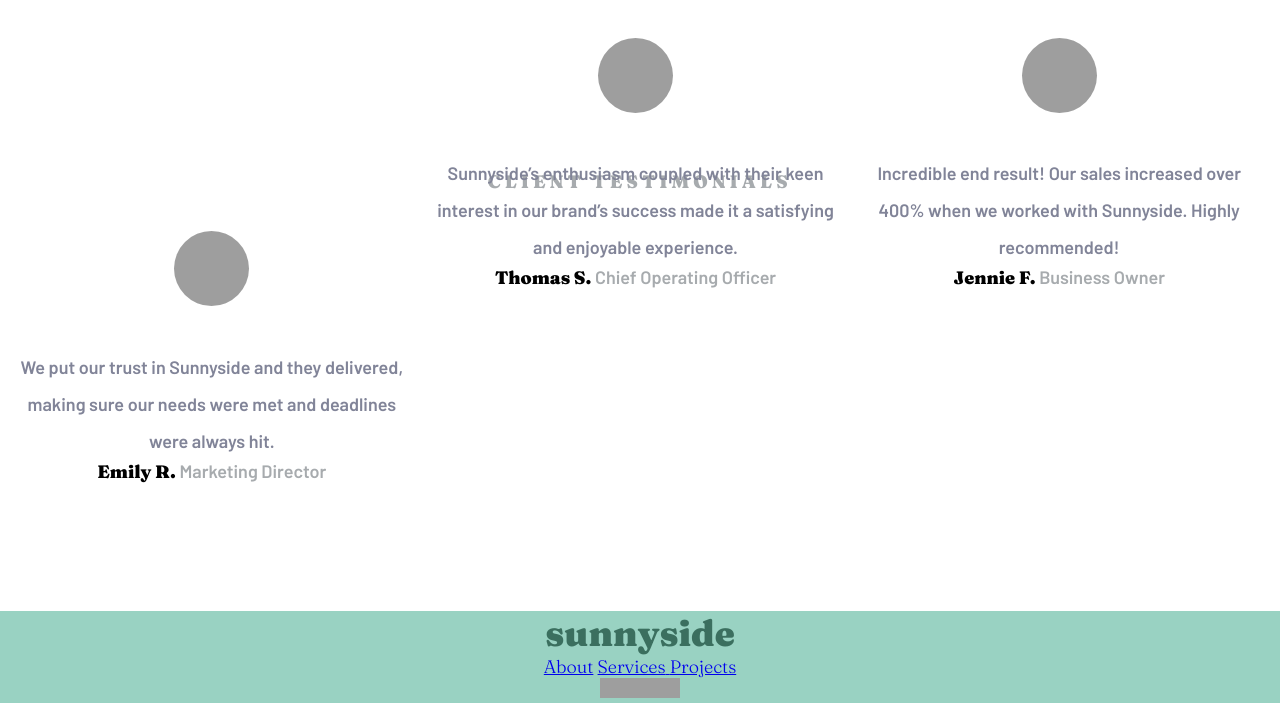
Repository: Roshanell/Sunny-Side-Agency
Page: index.html
The author's editor kept a copy of each file at every save. The page is drawn from the files as they stood at one save, then again after the next save.
The browser window is 1280 px wide. The pictures show the part of the page from y = 2160 to 2863 px (the page is 2863 px tall before and 2757 px after).
Pictures or frames that could not be fetched are drawn as grey boxes. Some web libraries are served in a nearby version.

Above is the page before, as saved 2022-07-07 14:14:56.

### index.html
<!doctype html>
<html lang="en">

  <head>
    <meta charset="utf-8">
    <meta name="viewport" content="width=device-width, initial-scale=1">
    <title>Sunny Side Agency</title>
    <link href="https://fonts.googleapis.com/icon?family=Material+Icons" rel="stylesheet">
    <link rel="stylesheet" href="css/style.css">
    <link
      href="https://fonts.googleapis.com/css2?family=Barlow:wght@600&family=Fraunces:opsz,wght@9..144,300;9..144,700;9..144,900&display=swap"
      rel="stylesheet">
    <!-- <link rel="stylesheet" href="/css/normalize.css"> -->
    <script src="https://kit.fontawesome.com/48e7997292.js" crossorigin="anonymous"></script>
  </head>

  <body>
    <div class="container">
      <div class="homePage">
        <ul class="menu">
          <li><a class="menuItem" href="#">Home</a></li>
          <li><a class="menuItem" href="#">Profile</a></li>
          <li><a class="menuItem" href="#">About</a></li>
          <li><a class="menuItem" href="#">Contacts</a></li>
        </ul>
        <button class="hamburger">
          <i class="menuIcon material-icons">menu</i>
          <i class="closeIcon material-icons">close</i>
        </button>
        <div class="header">
          <h1>sunnyside</h1>
        </div>
        <div class="homeContent">
          <h2 class="homeSlogan">We are creatives</h2>
          <i class="fa-solid fa-arrow-down-long fa-4x"></i>

        </div>
      </div>

      <div class="eggArea">

      </div>

      <div class="aboutUsInfo" id="aboutUsInfo">
        <div class="infoContainer">
          <h3>
            Transform your brand
          </h3>
          <p>We are a full-service creative agenc grow fast. Engage your clients through
            compelling visuals that do most of the marketing for you. </p>
          <span><a href="#">Learn More</a></span>
        </div>
      </div>

      <div class="cupImage">
      </div>

      <div class="standOutInfo" id="standOutInfo">
        <div class="standOutContainer">
          <h3>Stand out to the right audience</h3>
          <p> Using a collaborative formula of designers, researchers,
            photographers,videographers, and copywriters, we’ll build and extend your brand in digital places. </p>

          <span class="learnMorePink"><a href="#">Learn More</a></span>
        </div>
      </div>
      <div class="graphicDesign">
        <div class="design-photography">
          <h3> Graphic Design</h3>
          <p class="pGraphics" id="pDesign">
            Great design makes you memorable. We deliver artwork that underscores your brand message and captures
            potential clients’ attention. </p>
        </div>
      </div>
      <div class="orangeImage">
        <div class="design-photography">
          <h3>Photography</h3>
          <p class="pGraphics"> Increase your credibility by getting the most stunning, high-quality photos that improve
            your business
            image. </p>
        </div>
      </div>
      <div class="testimonialOne">
        <h4>Client Testimonials</h4>
        <div class="user one"></div>
        <p class="review">We put our trust in Sunnyside and they delivered, making sure our needs were met and
          deadlines
          were always
          hit.</p>
        <span class="name">Emily R.</span>
        <span class="occupation">Marketing Director</span>
      </div>
      <div class="testimonialTwo">
        <div class="user two"></div>
        <p class="review">Sunnyside’s enthusiasm coupled with their keen interest in our brand’s success made it a
          satisfying and
          enjoyable experience.</p>
        <span class="name">Thomas S.</span>
        <span span class="occupation">Chief Operating Officer</span>
      </div>
      <div class="testimonialThree">
        <div class="user three"></div>
        <p class="review">Incredible end result! Our sales increased over 400% when we worked with Sunnyside. Highly
          recommended!</p>
        <span class="name">Jennie F.</span>
        <span span class="occupation">Business Owner</span>
      </div>
      <div class="fourImgs" id="fourImgs">
        <div class="imgOne">
        </div>
        <div class="imgTwo">
        </div>
        <div class="imgThree">
        </div>
        <div class="imgFour">
        </div>
      </div>

      <div class="footer">
        <h1>sunnyside</h1>
        <div class="moreInformation">
          <a href="index.html#aboutUsInfo"><span> About</span></a>
          <a href="index.html#standOutInfo"><span>Services</span> </a>
          <a href="index.html#fourImgs"><span>Projects</span></a>
        </div>
        <div class="socialMediaHandles">
          <div>
            <img src="https://i.imgur.com/uHHCF8A.png" alt="Facebook Icon" height="20px" width="20px">
          </div>
          <div>
            <img src="https://i.imgur.com/Fvw0N1c.png" alt="Instagram Icon" height="20px" width="20px">
          </div>
          <div>
            <img src="https://i.imgur.com/k39Bgoc.png" alt="Twitter Icon" height="20px" width="20px">
          </div>
          <div>
            <img src="https://i.imgur.com/JN1Rhal.png" alt="Pinterest Icon" height="20px" width="20px">
          </div>
        </div>
      </div>
    </div>

    <script src="main.js"></script>

  </body>

</html>

### css/style.css
/* Box Model Hack */
* {
  -moz-box-sizing: border-box;
}

/* Clear fix hack */
.clearfix:after {
  content: ".";
  display: block;
  clear: both;
  visibility: hidden;
  line-height: 0;
  height: 0;
}

.clear {
  clear: both;
}

/******************************************
/* BASE STYLES
/*******************************************/

body {
  font-size: 18px;
  font-family: "Barlow", sans-serif;
  text-align: center;
  margin: 0;
}
p {
  color: hsl(232, 10%, 55%);
  display: flex;
  justify-content: center;
  align-items: center;
  margin: 0 2%;
  line-height: 37px;
}

h1,
h2,
h3,
h4,
h5,
h6 {
  font-family: "Fraunces", serif;
  font-weight: 700;
}

h3 {
  margin-top: 10%;
  margin-bottom: 10%;
  font-size: 40px;
}

span a {
  color: black;
  text-decoration: underline yellow;
  text-decoration-thickness: 5px;
}

.learnMorePink a {
  text-decoration: underline hsl(7, 99%, 70%);
  text-decoration-thickness: 5px;
}
.learnMorePink {
  margin-top: 5%;
}
/* hamburger */

* {
  margin: 0;
  padding: 0;
  box-sizing: border-box;
}

.menuItem {
  display: block;
  margin: 2rem 4rem;
  font-size: 1.8rem;
  color: black;
  text-decoration: none;
  font-family: "Barlow", sans-serif;
  animation: fadeInUp 0.5s ease-in-out forwards;
}

.menuItem:hover {
  text-decoration: underline;
}

.hamburger {
  position: fixed;
  z-index: 100;
  top: 1rem;
  right: 1rem;
  padding: 4px;
  border: none;
  background: transparent;
  cursor: pointer;
  color: white;
}

.closeIcon {
  display: none;
}

.menu {
  position: fixed;
  transform: translateY(-100%);
  transition: transform 0.2s;
  top: 0;
  left: 0;
  right: 0;
  bottom: 40%;
  z-index: 99;
  width: 89%;
  margin-left: 5%;
  margin-top: 0%;
  background: white;
  color: black;
  list-style: none;
  padding-top: 4rem;
}

.showMenu {
  transform: translateY(0);
}

/* homepage */

.homePage {
  background-image: url("https://i.imgur.com/5owK20G.jpg");
  background-size: cover;
  height: 100vh;
  background-repeat: no-repeat;
}

.homeSlogan {
  color: white;
  font-size: 40px;
  text-transform: uppercase;
  letter-spacing: 5px;
}

.fa-solid {
  color: white;
}

.fa-arrow-down-long {
  margin-top: 10%;
}
/* About Us */
.aboutUsInfo {
  background-color: white;
}
.aboutUsInfo h3 {
  font-size: 40px;
}
/* testimonials */
/* user profile images */
.user {
  display: inline-block;
  width: 75px;
  height: 75px;
  border-radius: 50%;
  margin: 9%;
  background-repeat: no-repeat;
  background-position: center center;
  background-size: cover;
}

.one {
  background-image: url("https://i.imgur.com/0PxR98W.jpg");
}

.two {
  background-image: url("https://i.imgur.com/01xgLPA.jpg");
}

.three {
  background-image: url("https://i.imgur.com/YJGOYO1.jpg");
}

.testimonialOne h4 {
  text-transform: uppercase;
  color: hsl(210, 4%, 67%);
  letter-spacing: 4px;
  /* font-size: 100%; */
  margin-top: 10%;
  font-weight: 900;
}

.occupation {
  color: hsl(210, 4%, 67%);
  margin-bottom: 5%;
  margin-top: 5%;
}

.name {
  font-family: "Fraunces", serif;
  margin-top: 5%;
  font-weight: 900;
}

/* background Images */
.pGraphics {
  margin-bottom: 20%;
}

/* main information */
.cupImage {
  /* border: solid 1px pink; */
  /* height: 40vh; */
  grid-area: cupImage;
  background-image: url("https://i.imgur.com/TEIjlB8.jpg");
  background-size: cover;
  background-position: center;
}

.eggArea {
  /* border: solid 1px purple; */
  grid-area: eggArea;
  background-image: url("https://i.imgur.com/Ic0Kukn.jpg");
  /* height: 40vh; */
  background-size: cover;
  background-position: center;
}

/******************************************
/* LAYOUT
/*******************************************/

/******************************************
/* ADDITIONAL STYLES
/*******************************************/

@media all and (min-width: 1024px) and (max-width: 1480px) {
  .homePage,
  .homeContent {
    /* border: 1px solid black; */
  }

  .header h1 {
    color: white;
  }
  h3 {
    margin-bottom: 3%;
    font-size: 40px;
  }

  /* .menuItem{
    display: inline;
  } */
  .eggArea {
    /* border: 1px solid red; */
    background-image: url("https://i.imgur.com/ylwqnFI.jpg");
    height: 60vh;
    width: 50%;
    float: right;
  }
  .aboutUsInfo {
    /* border: 1px solid red; */
    height: 60vh;
    width: 49vw;
    float: left;
  }

  .infoContainer {
    margin: auto;
    width: 60%;

    text-align: justify;
  }

  .infoContainer h3 {
    text-align: left;
    width: 82%;
  }

  .cupImage {
    float: left;
    height: 60vh;
    width: 50%;
    background-image: url("https://i.imgur.com/9A6seJs.jpg");
    /* border: 1px solid red; */
  }
  .standOutInfo {
    float: right;
    height: 60vh;
    width: 47vw;
    /* border: 1px solid red; */
  }

  .standOutContainer {
    width: 70%;
    margin: auto;
    text-align: left;
  }
  .graphicDesign {
    background-image: url("https://i.imgur.com/ypGUgU9.jpg");
    float: left;
    height: 80vh;
    width: 50%;
    /* border: 1px solid green; */
    background-size: cover;
    color: hsl(167, 40%, 24%);
  }

  .orangeImage {
    float: right;
    background-image: url("https://i.imgur.com/RiEjNfa.jpg");
    height: 80vh;
    width: 50%;
    /* border: 1px solid blue; */
    background-size: cover;
  }
  .design-photography {
    margin: 20%;
    margin-top: 45%;
  }
  .reviewGroup {
    display: flex;
  }
  .testimonialOne {
    float: left;
    height: fit-content;
    width: 33.1%;
    margin-top: 10%;
    margin-bottom: 10%;
    /* border: 1px solid pink; */
  }

  .testimonialOne h4 {
    margin-top: %;
    margin-left: 101%;
    text-align: center;
    width: 100%;
  }

  .testimonialTwo {
    float: left;
    height: fit-content;
    width: 33.1%;
    /* margin: auto; */
    /* margin-top: 10%; */
    /* border: 1px solid pink; */
  }

  .testimonialThree {
    float: left;
    height: fit-content;
    width: 33.1%;
    /* margin-top: 10%; */
    /* border: 1px solid pink; */
  }

  .footer {
    float: left;
    width: 100%;
    font-family: "Fraunces", serif;
    background: #99d2c2;
    color: hsl(168, 34%, 41%);
    /* border: 1px solid pink; */
  }
  .footer h1 {
    color: #3b6f5f;
    font-weight: 900;
    font-family: "Fraunces", serif;
  }
  .moreInformation span a {
    display: flex;
    text-decoration: none;
  }

  .socialMediaHandles {
    display: flex;
    justify-content: center;
  }
  .pGraphics {
    color: hsl(167, 40%, 24%);
    font-weight: 700;
    font-size: 18px;
  }
  .orangeImage p,
  .orangeImage h3 {
    color: hsl(198, 62%, 26%);
  }
}

/* mobile view */

@media all and (min-width: 375px) and (max-width: 1023px) {
  .container {
    /* border: solid 1px blue; */
    display: grid;
    grid-template-columns: 1fr;
    grid-template-rows: 1.5fr 1fr 1fr 1fr 1fr 1.5fr 1.4fr 1fr 1fr 1fr 1fr;
    gap: 0px 0px;
    grid-auto-flow: column dense;
    grid-template-areas:
      "homePage"
      "eggArea"
      "aboutUsInfo"
      "cupImage"
      "standOutInfo"
      "graphicDesign"
      "orangeImage"
      "testimonialOne"
      "testimonialTwo"
      "testimonialThree"
      "fourImgs"
      "footer";
  }

  .homePage {
    background-image: url("https://i.imgur.com/HUEIjty.jpg");
    background-size: cover;
    /* height: 100vh; */
    background-repeat: no-repeat;
  }

  .homeSlogan {
    color: white;
    font-size: 40px;
    text-transform: uppercase;
    letter-spacing: 5px;
  }

  .fa-solid {
    color: white;
  }

  .fa-arrow-down-long {
    margin-top: 10%;
  }
  /* About Us */
  .aboutUsInfo {
    background-color: white;
  }
  .aboutUsInfo h3 {
    font-size: 40px;
  }
  /* testimonials */
  /* user profile images */
  .user {
    display: inline-block;
    width: 75px;
    height: 75px;
    border-radius: 50%;
    margin: 9%;
    background-repeat: no-repeat;
    background-position: center center;
    background-size: cover;
  }

  .one {
    background-image: url("https://i.imgur.com/0PxR98W.jpg");
  }

  .two {
    background-image: url("https://i.imgur.com/01xgLPA.jpg");
  }

  .three {
    background-image: url("https://i.imgur.com/YJGOYO1.jpg");
  }

  .testimonialOne h4 {
    text-transform: uppercase;
    color: hsl(210, 4%, 67%);
    letter-spacing: 4px;
    /* font-size: 100%; */
    margin-top: 10%;
    font-weight: 900;
  }

  .occupation {
    color: hsl(210, 4%, 67%);
    margin-bottom: 5%;
    margin-top: 5%;
  }

  .name {
    font-family: "Fraunces", serif;
    margin-top: 5%;
    font-weight: 900;
  }

  /* background Images */
  .pGraphics {
    margin-bottom: 20%;
  }

  /******************************************
  /* LAYOUT
  /*******************************************/
  .container {
    /* border: solid 1px blue; */
    display: grid;
    grid-template-columns: 1fr;
    grid-template-rows: 1.5fr 1fr 1fr 1fr 1fr 1.5fr 1.4fr 1fr 1fr 1fr 1fr;
    gap: 0px 0px;
    grid-auto-flow: column dense;
    grid-template-areas:
      "homePage"
      "eggArea"
      "aboutUsInfo"
      "cupImage"
      "standOutInfo"
      "graphicDesign"
      "orangeImage"
      "testimonialOne"
      "testimonialTwo"
      "testimonialThree"
      "fourImgs"
      "footer";
  }

  .homePage {
    /* border: solid 1px red; */
  }

  .header {
    display: flex;
    /* border: solid 1px orange; */
    grid-area: header;
    color: white;
    margin-left: 5%;
    margin-top: 2%;
  }

  .homeContent {
    /* border: solid 1px yellow; */
    grid-area: homeContent;
    margin-top: 15%;
  }

  .eggArea {
    /* border: solid 1px purple; */
    grid-area: eggArea;
    background-image: url("https://i.imgur.com/Ic0Kukn.jpg");
    /* height: 40vh; */
    background-size: cover;
    background-position: center;
  }

  .aboutUsInfo {
    /* border: solid 1px green; */
    /* height: 40vh; */
    grid-area: aboutUsInfo;
  }

  .cupImage {
    /* border: solid 1px pink; */
    /* height: 40vh; */
    grid-area: cupImage;
    background-image: url("https://i.imgur.com/TEIjlB8.jpg");
    background-size: cover;
    background-position: center;
  }

  .standOutInfo {
    /* border: solid 1px black; */
    grid-area: standOutInfo;
    display: flex;
    flex-direction: column;
    font-weight: 900;
    /* height: 40vh; */
  }

  .graphicDesign {
    /* border: solid 1px brown; */
    grid-area: graphicDesign;
    background-image: url("https://i.imgur.com/ceaL6cl.jpg");
    background-size: cover;
    display: flex;
    flex-direction: column;
    flex-wrap: nowrap;
    align-content: center;
    justify-content: flex-end;
    align-items: center;
    /* height: 40vh; */
  }

  .graphicDesign h3 {
    color: hsl(167, 40%, 24%);
    font-weight: 900;
  }
  #pDesign {
    color: hsl(167, 40%, 24%);
    font-weight: 700;
    font-size: 18px;
  }
  .orangeImage {
    /* border: solid 1px gray; */
    grid-area: orangeImage;
    background-image: url("https://i.imgur.com/5lTcoMD.jpg");
    background-size: cover;
    display: flex;
    flex-direction: column;
    flex-wrap: nowrap;
    align-content: center;
    justify-content: flex-end;
    align-items: center;
  }
  /* height: 40vh; */

  .orangeImage h3 {
    color: hsl(198, 62%, 26%);
  }
  .orangeImage p {
    color: hsl(198, 62%, 26%);
  }

  /* testimonials */

  .testimonialOne {
    /* border: solid 1px fuchsia; */
    grid-area: testimonialOne;
    /* height: 33vh; */
    display: flex;
    flex-direction: column;
    justify-content: center;
    align-items: center;
  }

  .testimonialThree {
    /* border: solid 1px lightblue; */
    grid-area: testimonialThree;
    display: flex;
    flex-direction: column;
    justify-content: center;
    align-items: center;
    /* height: 33vh; */
  }

  .testimonialTwo {
    /* border: solid 1px silver; */
    display: flex;
    flex-direction: column;
    justify-content: center;
    align-items: center;
    grid-area: testimonialTwo;

    /* height: 33vh; */
  }

  .fourImgs {
    /* border: solid 1px maroon; */
    display: grid;
    grid-template-columns: 1fr 1fr;
    grid-template-rows: 1fr 1fr;
    gap: 0px 0px;
    grid-template-areas:
      "imgOne imgThree"
      "imgTwo imgFour";
    grid-area: fourImgs;
    /* height: 40vh; */
  }

  .imgOne {
    /* border: solid 1px yellowgreen; */
    background-image: url("https://i.imgur.com/g7g3pHI.jpg");
    background-size: cover;
  }
  .imgTwo {
    /* border: solid 1px rgb(228, 122, 199); */
    background-image: url("https://i.imgur.com/xXvVali.jpg");
    background-size: cover;
  }
  .imgThree {
    /* border: solid 1px rgb(158, 207, 232); */
    background-image: url("https://i.imgur.com/w22eeJU.jpg");
    background-size: cover;
  }
  .imgFour {
    /* border: solid 1px rgb(205, 122, 50); */
    background-image: url("https://i.imgur.com/hMYShPr.jpg");
    background-size: cover;
  }

  .review {
    font-size: 20px;
  }
  /* Fix the footer */
  .footer {
    background: #99d2c2;
    color: hsl(168, 34%, 41%);
  }
  .footer h1 {
    color: #3b6f5f;
    font-weight: 900;
    font-family: "Fraunces", serif;
  }

  .moreInformation {
    display: flex;
    flex-direction: row;
    justify-content: space-evenly;
    margin: 10%;
  }

  .socialMediaHandles {
    width: 65%;
    display: flex;
    justify-content: space-around;
    margin: 20%;
  }

  .footer h1 {
    margin-top: 10%;
  }

  .moreInformation a {
    color: #3b6f5f;
    text-decoration: none;
  }
}

### main.js
const menu = document.querySelector(".menu");
const menuItems = document.querySelectorAll(".menuItem");
const hamburger = document.querySelector(".hamburger");
const closeIcon = document.querySelector(".closeIcon");
const menuIcon = document.querySelector(".menuIcon");

function toggleMenu() {
  if (menu.classList.contains("showMenu")) {
    menu.classList.remove("showMenu");
    closeIcon.style.display = "none";
    menuIcon.style.display = "block";
  } else {
    menu.classList.add("showMenu");
    closeIcon.style.display = "block";
    menuIcon.style.display = "none";
  }
}

hamburger.addEventListener("click", toggleMenu);

menuItems.forEach(function (menuItem) {
  menuItem.addEventListener("click", toggleMenu);
});

After the next save:
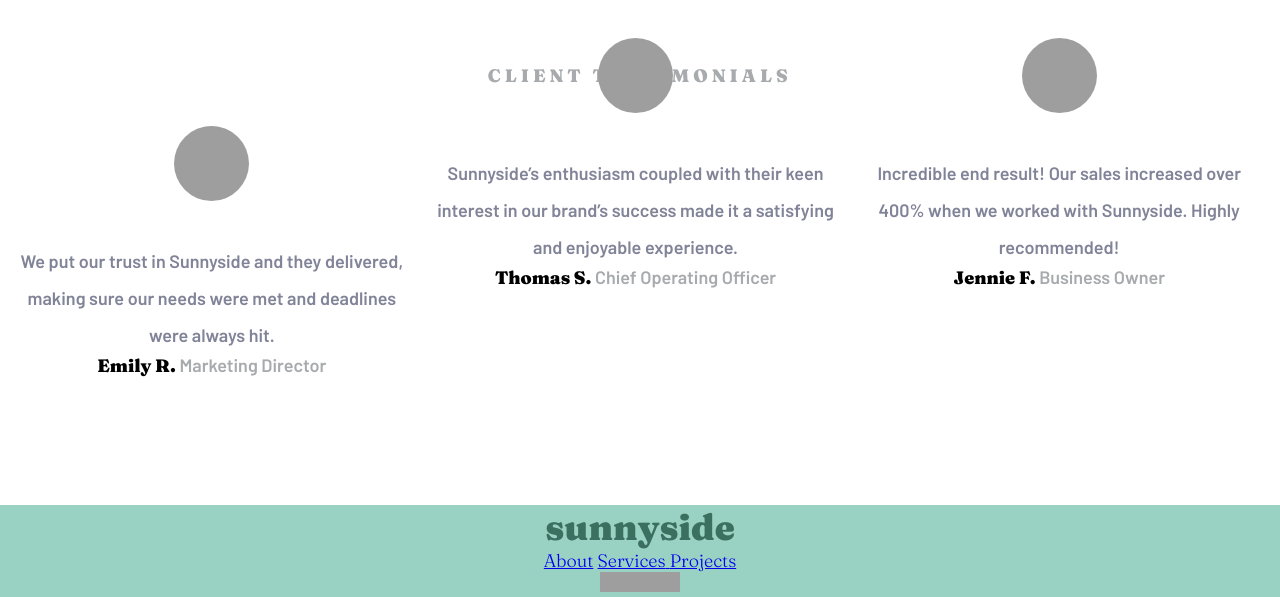
Saved 5 s later.
--- a/css/style.css
+++ b/css/style.css
@@ -330,7 +330,7 @@ span a {
   }
 
   .testimonialOne h4 {
-    margin-top: %;
+    margin-top: -15%;
     margin-left: 101%;
     text-align: center;
     width: 100%;
